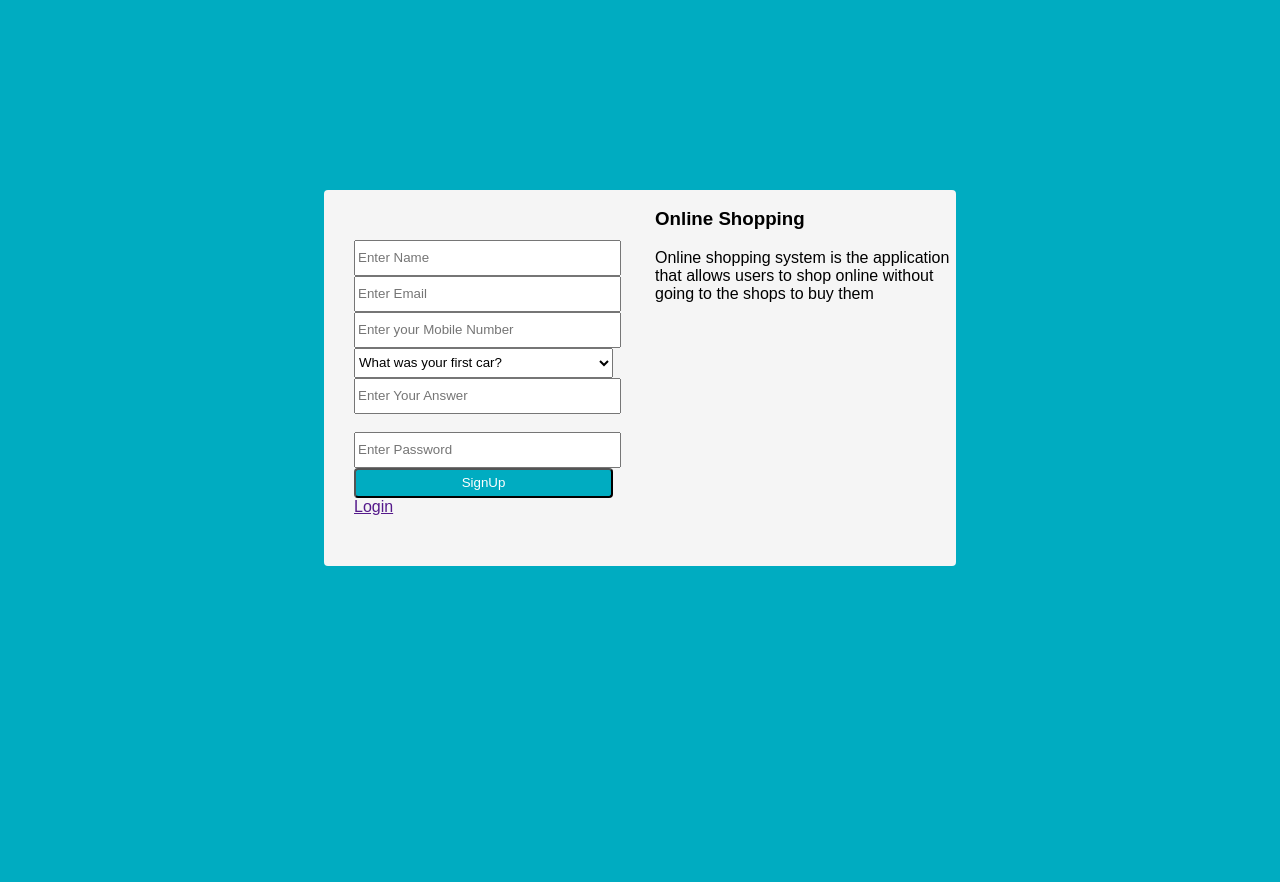
Repository: NidhiDaniel/E-Cart
Page: http://localhost/Online-Shopping-Cart/
These files come from the project's save history. The page is drawn as it stood at one moment and after the next save; the edit follows.
The browser window is 1280 px wide. The pictures show the whole page.
The page is served by Tomcat 9. Other server files are loaded and not shown.

Above is the page before, as saved 2024-01-03 07:35:53.

### Online-Shopping-Cart/src/main/webapp/signupform.jsp
<%@ page language="java" contentType="text/html; charset=ISO-8859-1"
	pageEncoding="ISO-8859-1"%>
<!DOCTYPE html>
<html>
<head>
<meta charset="ISO-8859-1">
<title>Add User</title>
<link rel="stylesheet" type="text/css" href="./css/sign-up.css">
</head>
<body>
	<div class="container">
		<div class="left-div">
			<form action="adduser.jsp" method="post">
				<input type="text" name="name" placeholder="Enter Name">
				<input type="email"name="email" placeholder="Enter Email">
				<input type="number" name="mobile" placeholder="Enter your Mobile Number">
				<select name="security_question">
					<option>What was your first car?</option>
					<option>What is your first school?</option>
					<option>What is your pet name?</option>
					<option>Who was your best friend?</option>
				</select>
				<input type="text" name="answer" placeholder="Enter Your Answer"><br>
				<input type="password"
					name="password" placeholder="Enter Password">
				<input type="submit" value="SignUp">
			</form><br>
			<a href="">Login</a>
		</div>
		<div class="right-div">
		 <h3>Online Shopping</h3>
		 <p>Online shopping system is the application that allows users to shop online without going to the shops
		 to buy them</p>
		</div>
	</div>
</body>
</html>

### Online-Shopping-Cart/src/main/webapp/css/sign-up.css
*{
	font-family: sans-serif;
}
body{
	background: #00ACC1;
}
.container{
	width: 50%;
    background: #f5f5f5;
    margin: 15% 25% 25% 25%;
    border-radius:4px;
	display:flex;
}
.left-div{
	width:50%;
	margin:50px 0px 50px 30px;
}
.left-div form{
	display:inline-grid;
}
 .left-div form input,select{
  height:30px;
  width:140%;
 }
 .left-div form input[type=submit]{
 background: #00ACC1;
 color: white;
 border-radius: 4px;
 }
.right-div{
	width:50%;
}

After the next save:
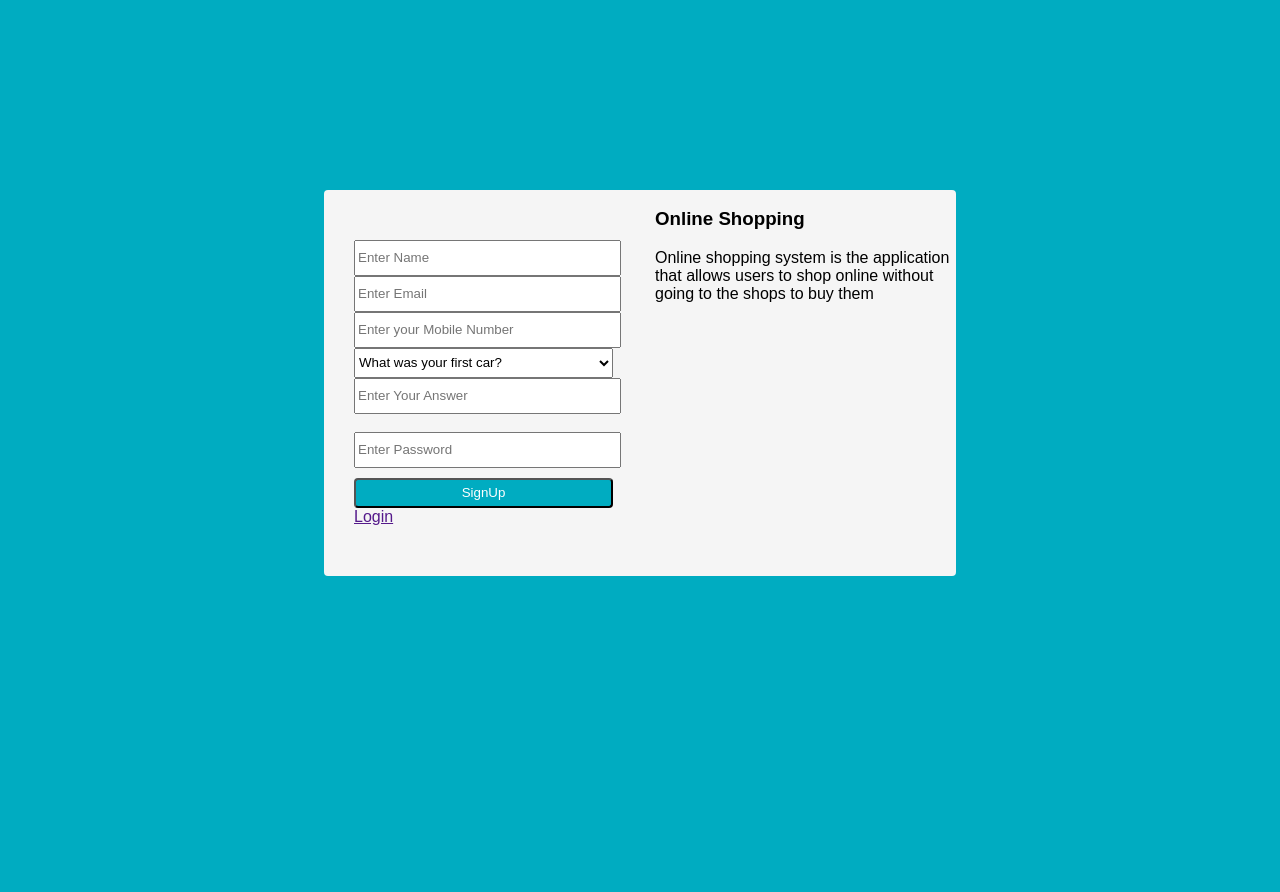
Saved 50 s later.
--- a/Online-Shopping-Cart/src/main/webapp/css/sign-up.css
+++ b/Online-Shopping-Cart/src/main/webapp/css/sign-up.css
@@ -26,6 +26,7 @@ body{
  background: #00ACC1;
  color: white;
  border-radius: 4px;
+ margin-top: 10px;
  }
 .right-div{
 	width:50%;
